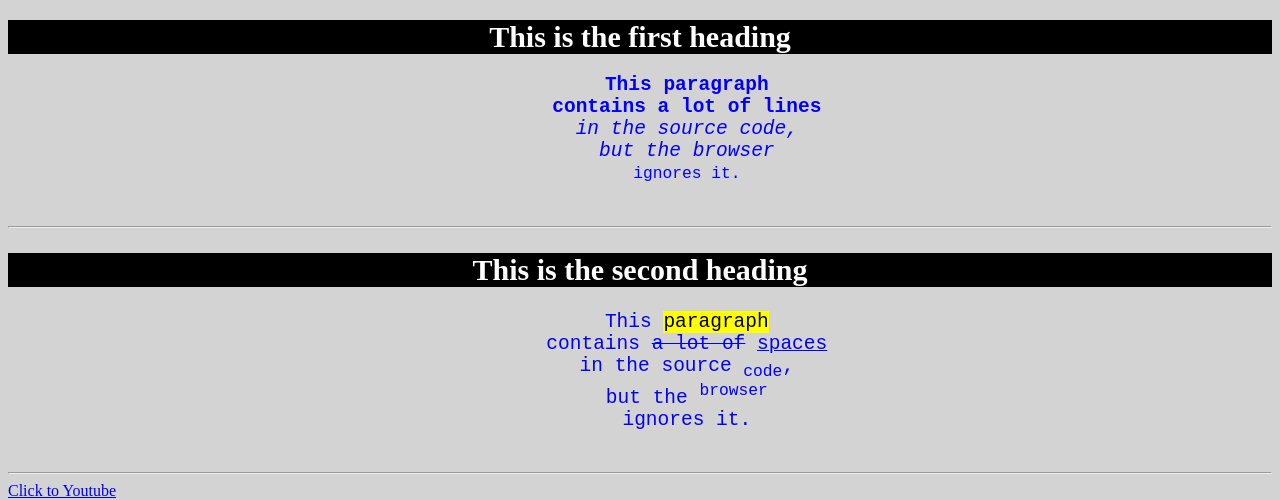
Repository: zRush1202/LoginPage-demo
Page: ex_html/index.html
These files come from the project's save history. The page is drawn as it stood at one moment and after the next save; the edit follows.
The browser window is 1280 px wide. The pictures show the part of the page from y = 0 to 500 px (the page is 773 px tall).
Pictures or frames that could not be fetched are drawn as grey boxes.

Above is the page before, as saved 2023-09-06 17:22:57.

After the next save:
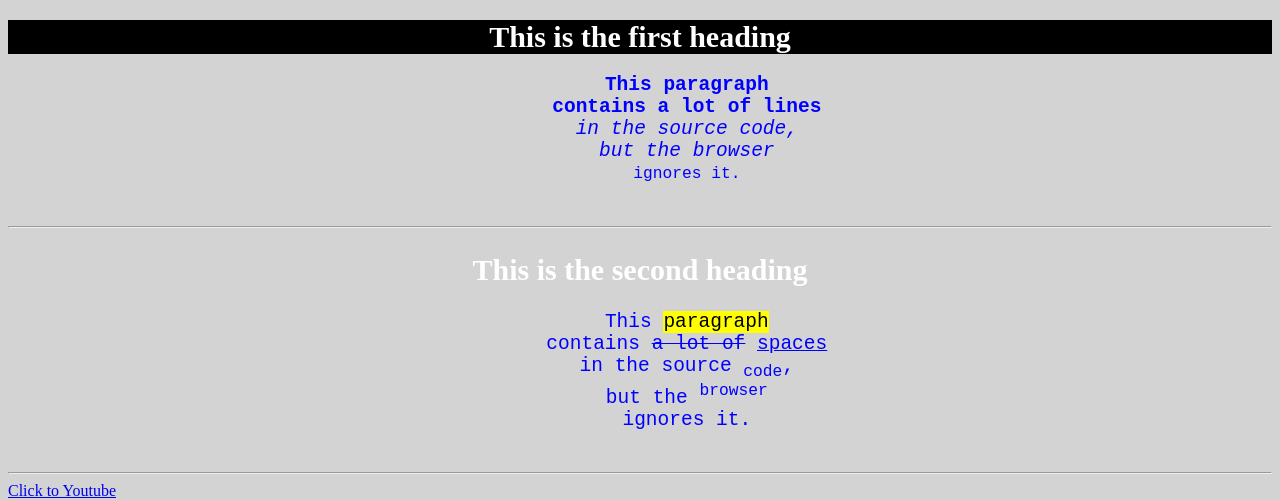
Saved 56 s later.
--- a/ex_html/index.html
+++ b/ex_html/index.html
@@ -15,7 +15,7 @@
         <small>ignores it.</small>
     </pre>
     <hr>
-    <h2 style="color:white; background-color: black; text-align: center; font-size: 30px; font-family: 'Times New Roman', Times, serif;">This is the second heading</h2>
+    <h2 style="color:white; border: 2px black; text-align: center; font-size: 30px; font-family: 'Times New Roman', Times, serif;">This is the second heading</h2>
     <pre style="color: blue; text-align: center; font-size: 150%;">
         This <mark>paragraph</mark>
         contains <del>a lot of</del> <ins>spaces</ins>
